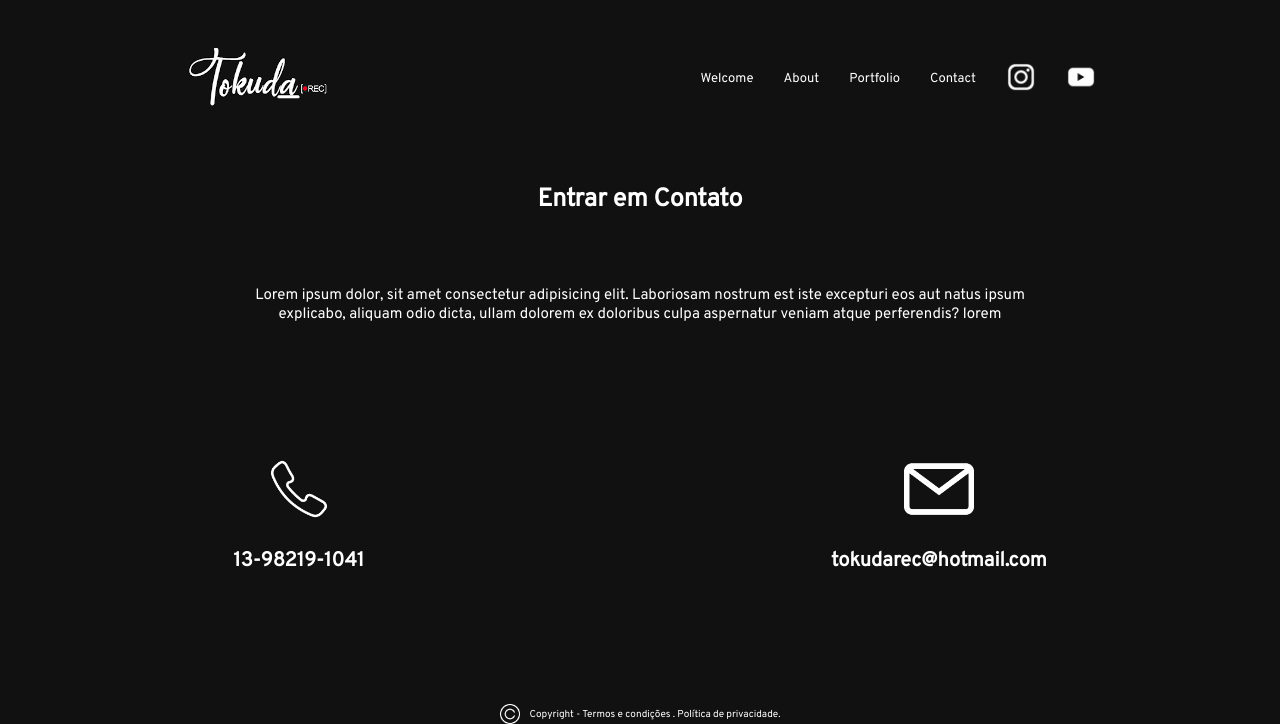
Repository: Lucasbeze/Project-FilmMaker
Page: projeto-alex/pages/contact.html
These files come from the project's save history. The page is drawn as it stood at one moment and after the next save; the edit follows.
The browser window is 1280 px wide. The pictures show the whole page.

Above is the page before, as saved 2022-08-26 16:44:17.

### projeto-alex/pages/contact.html
<!DOCTYPE html>
<html lang="pt-br">
<head>
  <meta charset="UTF-8">
  <meta http-equiv="X-UA-Compatible" content="IE=edge">
  <meta name="viewport" content="width=device-width, initial-scale=1.0">
  <title>Contact</title>
  <link rel="stylesheet" href="/css/contact.css">
  <link rel="shortcut icon" href="../imagens/faviconlogo.png" type="image/x-icon">
</head>
<body>
  <header>
    <a href="/"><img src="../imagens/logonovo.png" alt="logo-alextokuda"></a>
    <nav>
      <a href="/">Welcome</a>
      <a href="/about">About</a>
      <a href="/portfolio">Portfolio</a>
      <a href="/contact">Contact</a>
      <a href="https://www.instagram.com/" target="_blank"><img src="../imagens/instagram.png" alt="icon-instagram"></a>
      <a href="https://www.youtube.com/" target="_blank"><img src="../imagens/youtube.png" alt="icon-youtube"></a>
    </nav>
  </header>
  <main>
    <div class="main-page">
      <h1>Entrar em Contato</h1>
      <p>Lorem ipsum dolor, sit amet consectetur adipisicing elit. Laboriosam nostrum est iste excepturi eos aut natus ipsum explicabo, aliquam odio dicta, ullam dolorem ex doloribus culpa aspernatur veniam atque perferendis? lorem</p>
    </div>


    <div class="tel-mail">
      <div class="tel">
          <img src="../imagens/telefone (1).png" alt="icon-telefone">
          <h1>13-98219-1041</h1>

        </div>

        <div class="mail">

          <img src="../imagens/o-email.png" alt="icone-meial">
          <h1>tokudarec@hotmail.com</h1>
        </div>
    </div>


  </main>
  <footer>
    <img src="../imagens/copyright.png" alt="copyright-icon">
    <p>Copyright - Termos e condições . Política de privacidade. </p>
  </footer>

### projeto-alex/css/contact.css
@import url('https://fonts.googleapis.com/css2?family=Overpass&display=swap');

*{
  margin:0;
  padding:0;
  box-sizing:border-box;
}
:root {
  --main-bg-color:#111111;
  --text-color:#FFFFFF;
  --ff-text:'Overpass', sans-serif;
  --color-button: #D9D9D9;
  --color-butttonh:#afafaf ;
  font-size: 62.5%;
}
body{
  background-color:var(--main-bg-color);
  font-family:'Overpass', sans-serif;;
}
header{
  margin-top: 4.4rem;
  display: flex;
  align-items: center;
  justify-content: space-around;

}
header nav{
  font-size: 1.3rem;
  display: flex;
  align-items:center;
  gap: 30px;
}
header nav a {
  text-decoration: none;
  color:var(--text-color);
}
header nav img {
  width: 30px;
}
main {
  text-align: center;
}
.main-page {
  display: flex;
  align-items: center;
  flex-direction: column;
  justify-content: center;
}
.main-page h1 {
  margin-top:7rem;
  color: var(--text-color);
  font-size: 2.5rem;
}
.main-page p {
  width: 80rem;
  margin-top: 7rem;
  color: var(--text-color);
  font-size: 1.5rem;
}
.tel-mail {
  margin:13rem auto ;
  color: var(--text-color);
  display: flex;
  justify-content: space-around;
  align-items: center;
}
.tel img{
  margin-bottom: 2rem;
  width: 7rem;
}
.mail img{
  margin-bottom: 2rem;
  width: 7rem;
}
footer{
  margin-top: 6rem;
  display:flex;
  align-items: center;
  justify-content: center;
  align-content: center;
  gap: 1rem;
  color: var(--text-color);
}
footer img{
  width:20px;
}

After the next save:
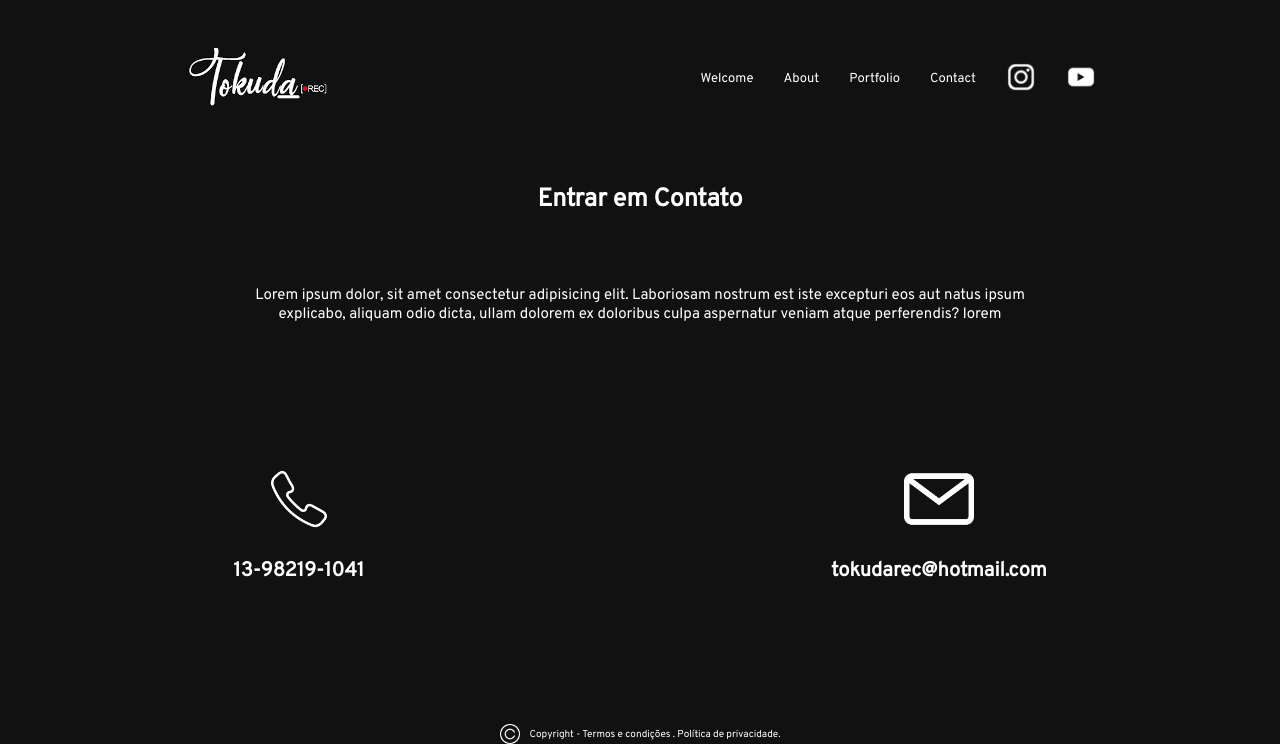
Saved 7 s later.
--- a/projeto-alex/css/contact.css
+++ b/projeto-alex/css/contact.css
@@ -58,7 +58,7 @@ main {
   font-size: 1.5rem;
 }
 .tel-mail {
-  margin:13rem auto ;
+  margin:14rem auto ;
   color: var(--text-color);
   display: flex;
   justify-content: space-around;
